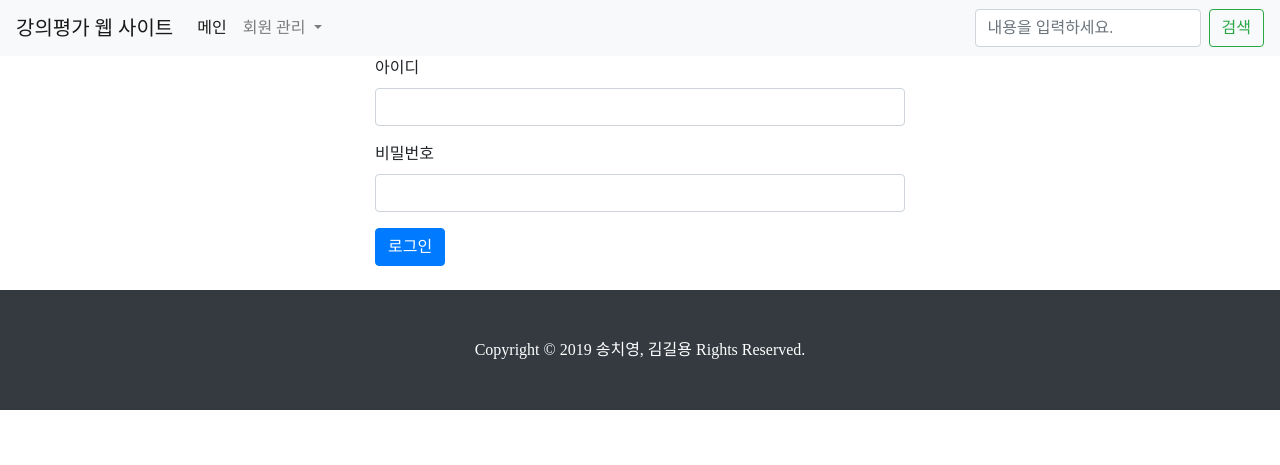
Repository: cldud5221/thdcldud
Page: http://localhost/info/userLogin.jsp
The author's editor kept a copy of each file at every save. The page is drawn from the files as they stood at one save, then again after the next save.
The browser window is 1280 px wide. The pictures show the whole page.
Some web fonts or font styles are not loaded; a fallback is used. The page is served by Tomcat 9. Other server files are loaded and not shown.

Above is the page before, as saved 2019-07-09 12:12:35.

### info/WebContent/userLogin.jsp
<%@ page language="java" contentType="text/html; charset=UTF-8" pageEncoding="UTF-8"%>
<!DOCTYPE html>
<html>
<head>
	<meta http-equiv="Content-Type" content="text/html; charset=UTF-8">
	<meta name="viewport" content="width=device-width, initial-scale=1, shrink-to-fit=no">
	<title> 강의 평가 웹 사이트   </title>
	<!-- 부트스트랩 CSS 추가하기 -->
	<link rel="stylesheet" href="./css/bootstrap.min.css">
	<!-- 커스텀 CSS 추가하기 -->
	<link rel="stylesheet" href="./css/custom.css">
</head>
<body>
	<nav class="navbar navbar-expand-lg navbar-light bg-light">
		<a class="navbar-brand" href="index.jsp"> 강의평가 웹 사이트</a>
		<button class="navbar-toggler" type="button" data-toggle="collapse" data-target="#navbar">
			<span class="navbar-toggler-icon"></span>
		</button>
		<div id="navbar" class="collapse navbar-collapse">
			<ul class="navbar-nav mr-auto">
				<li class="nav-item active">
					<a class="nav-link" href="index.jsp">메인</a>
				</li>
				<li class="nav-item dropdown">
					<a class="nav-link dropdown-toggle" id="dropdown" data-toggle="dropdown">
						회원 관리
					</a>
					<div class="dropdown-menu" aria-labelledby="dropdown">
						<a class="dropdown-item" href="#">로그인</a>
						<a class="dropdown-item" href="#">회원가입</a>
						<a class="dropdown-item" href="#">로그아웃</a>
					</div>
				</li>
			</ul>
			<form class="form-inline my-2 my-lg-0">
				<input class="form-control mr-sm-2" type="search" placeholder="내용을 입력하세요." aria-label="Search">
				<button class="btn btn-outline-success my-2 my-sm-0" type="submit">검색</button>
			</form>
		</div>
	</nav>
	<section class="container" style="max-width: 560px;">
		<form method="post" action="./userLoginAction.jsp">
			<div class="form-group">
				<label>아이디</label>
				<input type="text" name="userID" class="form-control">
			</div>
			<div class="form-group">
				<label>비밀번호</label>
				<input type="password" name="userPassword" class="form-control">
			</div>
			<button type="submit" class="btn btn-primary">로그인</button>
		</form>
	</section>
	<footer class="bg-dark mt-4 p-5 text-center" style="color: #FFFFFF;">
			Copyright &copy; 2019 송치영, 김길용 Rights Reserved.
	</footer>
	<!-- 제이쿼리 자바스크립트 추가하기 -->
	<script src="./js/jquery.min.js"></script>
	<!-- 파퍼 자바스크립트 추가하기 -->
	<script src="./js/pooper.js"></script>
	<!-- 부트스트랩 자바스크립트 추가하기 -->
	<script src="./js/bootstrap.min.js"></script>
</body>
</html>

### info/WebContent/css/custom.css
@import url(https://fonts.googleapis.com/earlyaccess/jejugothic.css);
@import url(https://fonts.googleapis.com/earlyaccess/nanumgothic.css);
.navbar-brand, h1, h2, h3, h4 {
	font-family: 'Jeju Gothic';
}
h5 {
	font-family: 'Jeju Gothic';
	font-size: 18px;
}
body {
	font-family: 'Nanum Gothic';
}

Loaded but not shown: info/WebContent/css/bootstrap.min.css (library); info/WebContent/js/jquery.min.js (library); info/WebContent/js/pooper.js (library); info/WebContent/js/bootstrap.min.js (library)

After the next save:
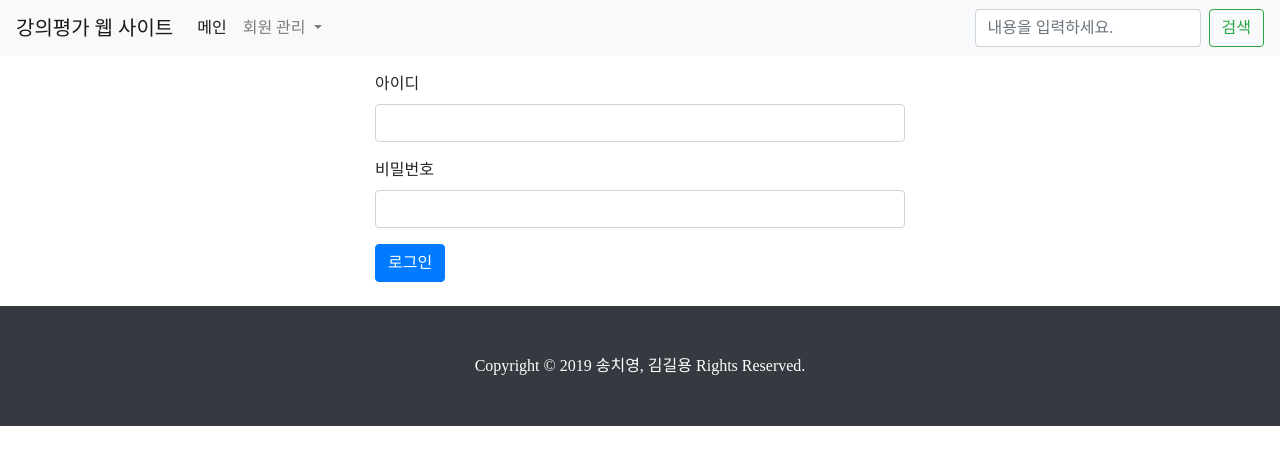
Saved 73 s later.
--- a/info/WebContent/userLogin.jsp
+++ b/info/WebContent/userLogin.jsp
@@ -38,7 +38,7 @@
 			</form>
 		</div>
 	</nav>
-	<section class="container" style="max-width: 560px;">
+	<section class="container mt-3" style="max-width: 560px;">
 		<form method="post" action="./userLoginAction.jsp">
 			<div class="form-group">
 				<label>아이디</label>
